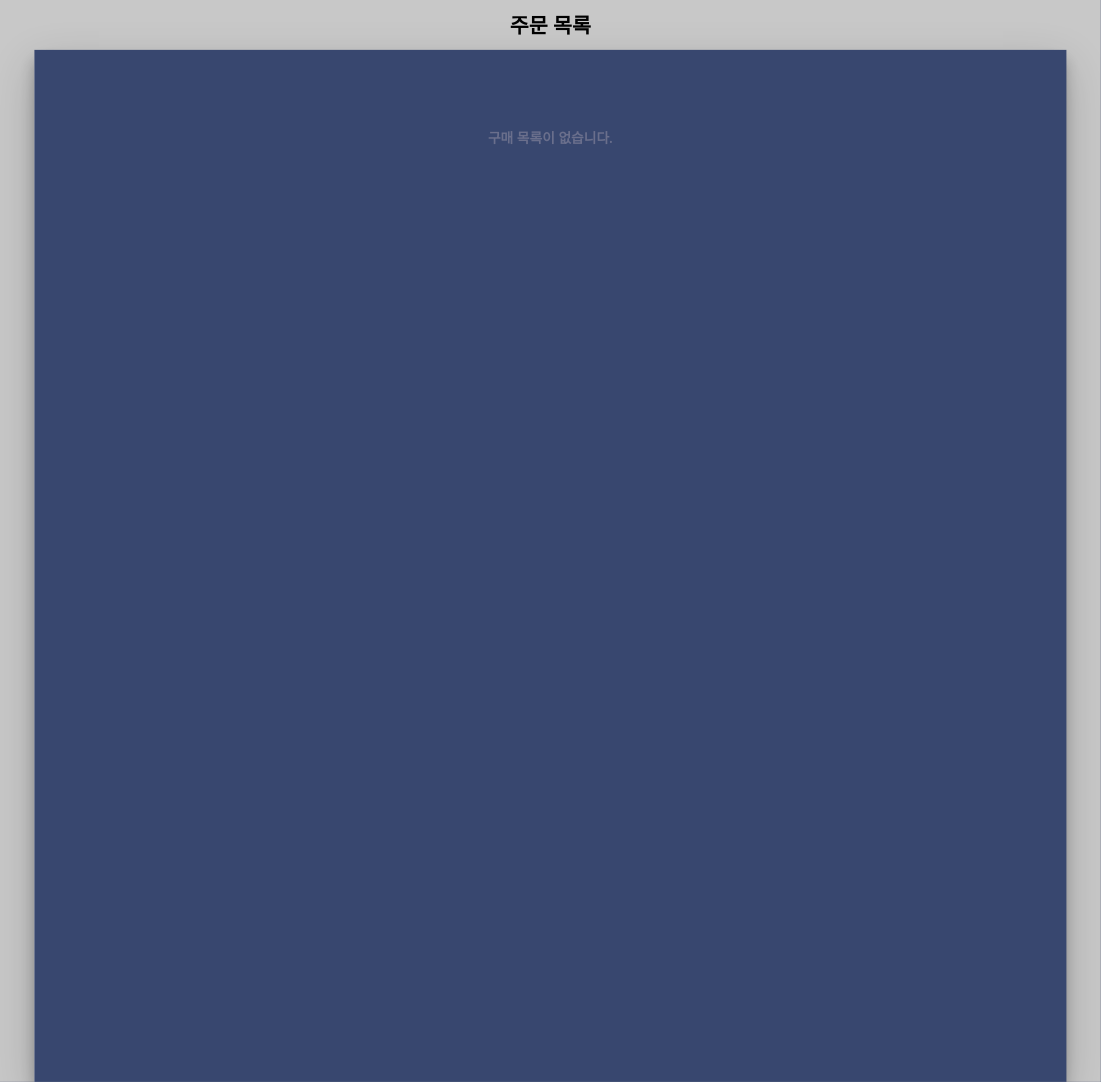
Repository: matodale/StudyJSP
Page: http://localhost/StudyJSP/ch14shop/manager/orderedProduct/orderedList.jsp
An editor plug-in stored every save of this project. The page is shown before and after a run of saves, followed by the edit.
The browser window is 1280 px wide. The pictures show the whole page, at 86% of full size.
The page is served by Tomcat 9.

Above is the page before, as saved 2022-12-28 09:58:14.

After the next 2 saves:
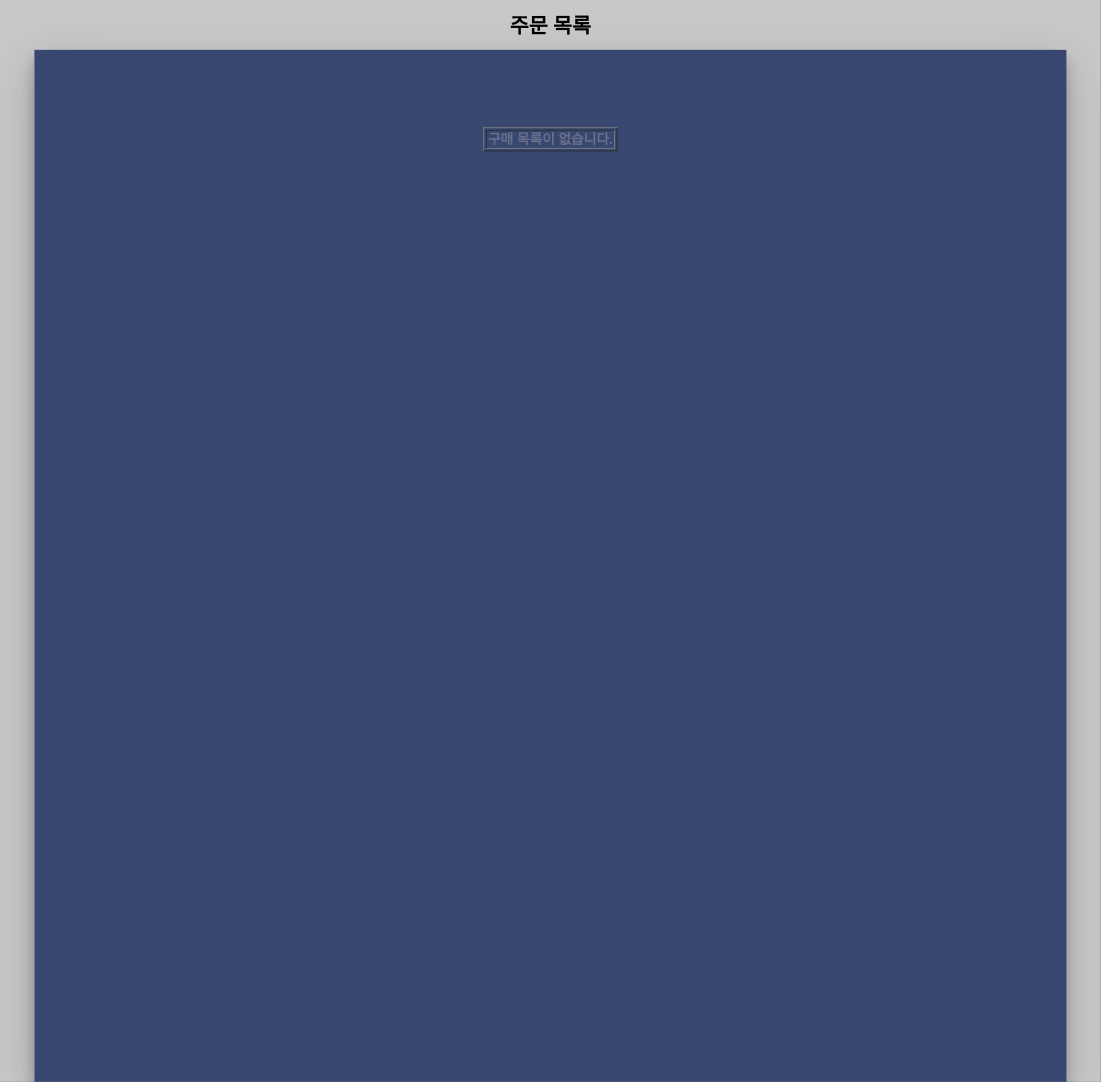
The 2 saves are shown as one change because they came seconds apart.
The last was saved 8 s later.
--- a/StudyJSP/src/main/webapp/ch14shop/manager/orderedProduct/orderedList.jsp
+++ b/StudyJSP/src/main/webapp/ch14shop/manager/orderedProduct/orderedList.jsp
@@ -16,7 +16,7 @@
 	<div class="login-wrap-Notice">
 		<div class="login-html">
 			<div class="Notice-group">
-				<table cols="">
+				<table border="1">
 					<tr>
 						<td>구매 목록이 없습니다.</td>
 					</tr>

After the save that followed:
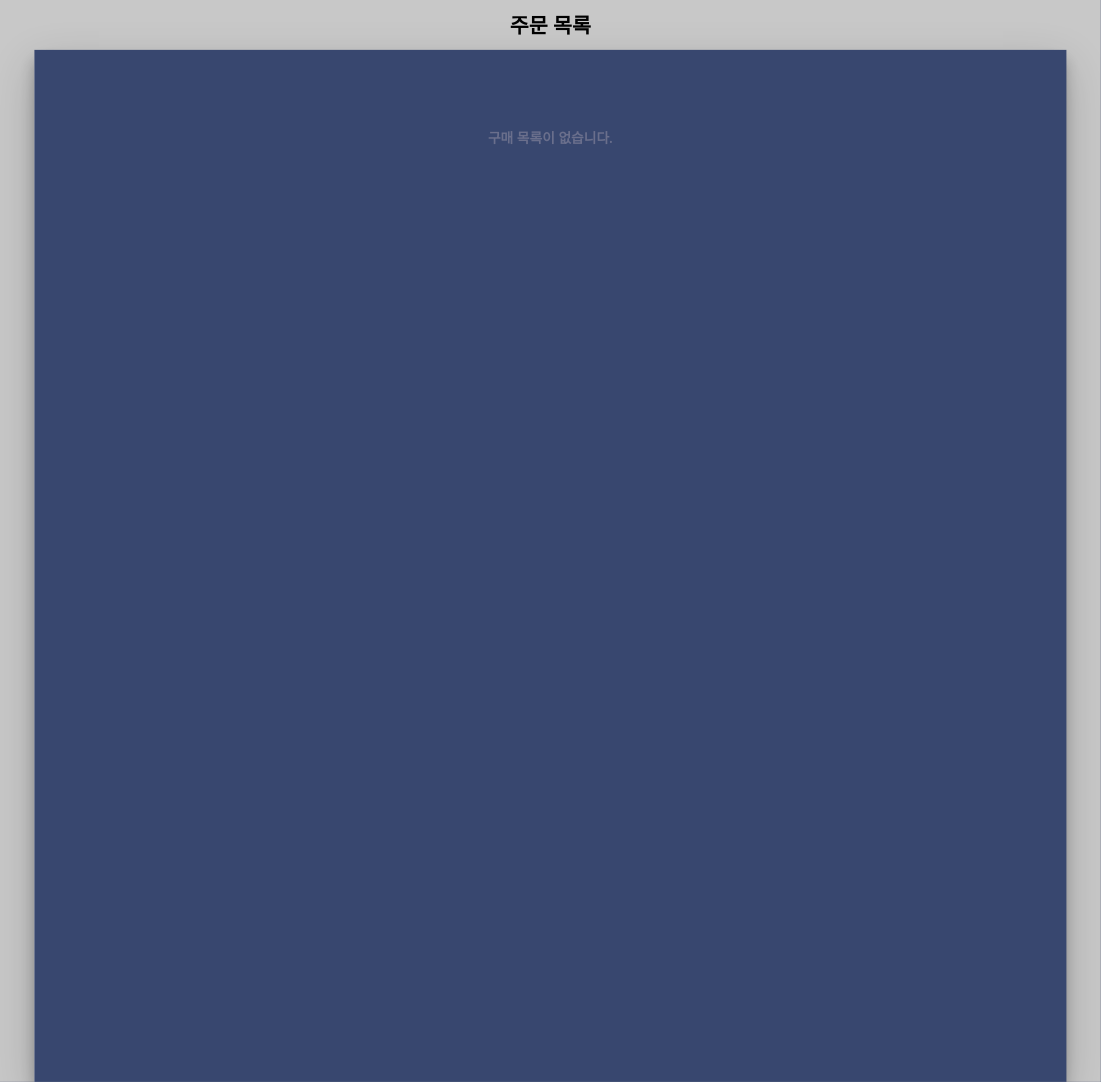
Saved 10 s later.
--- a/StudyJSP/src/main/webapp/ch14shop/manager/orderedProduct/orderedList.jsp
+++ b/StudyJSP/src/main/webapp/ch14shop/manager/orderedProduct/orderedList.jsp
@@ -16,7 +16,7 @@
 	<div class="login-wrap-Notice">
 		<div class="login-html">
 			<div class="Notice-group">
-				<table border="1">
+				<table>
 					<tr>
 						<td>구매 목록이 없습니다.</td>
 					</tr>
